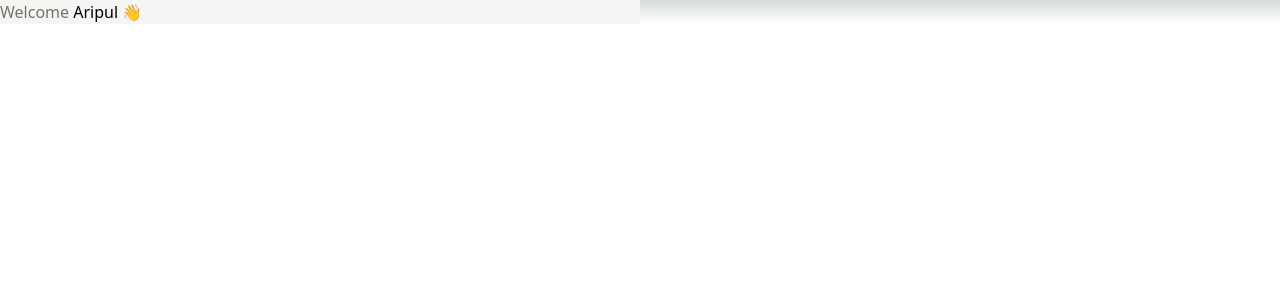
Repository: mehedi9465/nextapp
Page: /Dashboard
These files come from the project's save history. The page is drawn as it stood at one moment and after a run of saves; the edit follows.
The browser window is 1280 px wide. The pictures show the whole page.
The project was rebuilt for these pictures with package versions that can differ from the ones it lists, and the page was loaded fresh each time. The framework's server and built-in components were replaced by stand-ins that run in the browser. Also part of the build but not shown: next.config.js, Components/Navbar.js.

Above is the page before, as saved 2023-03-04 14:47:50.

### pages/Dashboard/index.js
import Navbar from "@/Components/Navbar";
import Link from "next/link";
import React from "react";

const index = () => {
  return (
    <>
      {/* <Navbar></Navbar> */}

      <div className="max-w-screen-sm bg-stone-100 text-black">
        <div className="flex">
          <p className="text-xxl">
            <span className="text-stone-500">Welcome</span> Aripul 👋
          </p>
        </div>
        <div></div>
        <div></div>
      </div>
    </>
  );
};

export default index;

Loaded but not shown: pages/_app.js (common file); pages/_document.js (common file); styles/globals.css (common file); tailwind.config.js (common file)

After the next 2 saves:
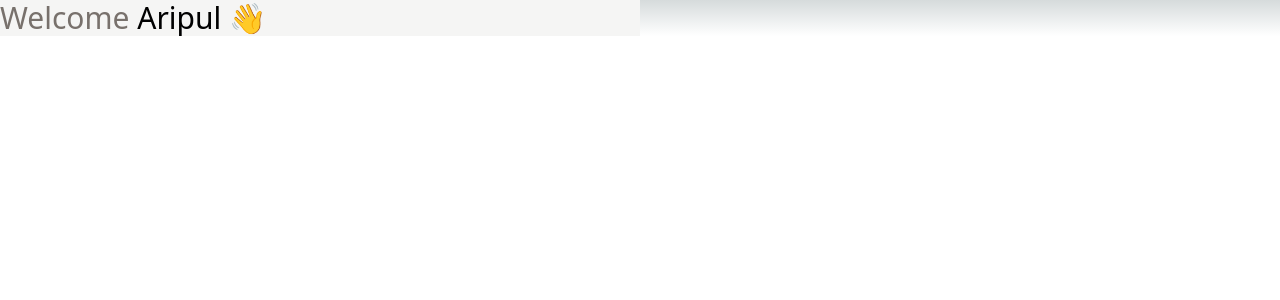
The 2 saves are shown as one change because they came seconds apart.
The last was saved 8 s later.
--- a/pages/Dashboard/index.js
+++ b/pages/Dashboard/index.js
@@ -9,7 +9,7 @@ const index = () => {
 
       <div className="max-w-screen-sm bg-stone-100 text-black">
         <div className="flex">
-          <p className="text-xxl">
+          <p className="text-3xl">
             <span className="text-stone-500">Welcome</span> Aripul 👋
           </p>
         </div>
